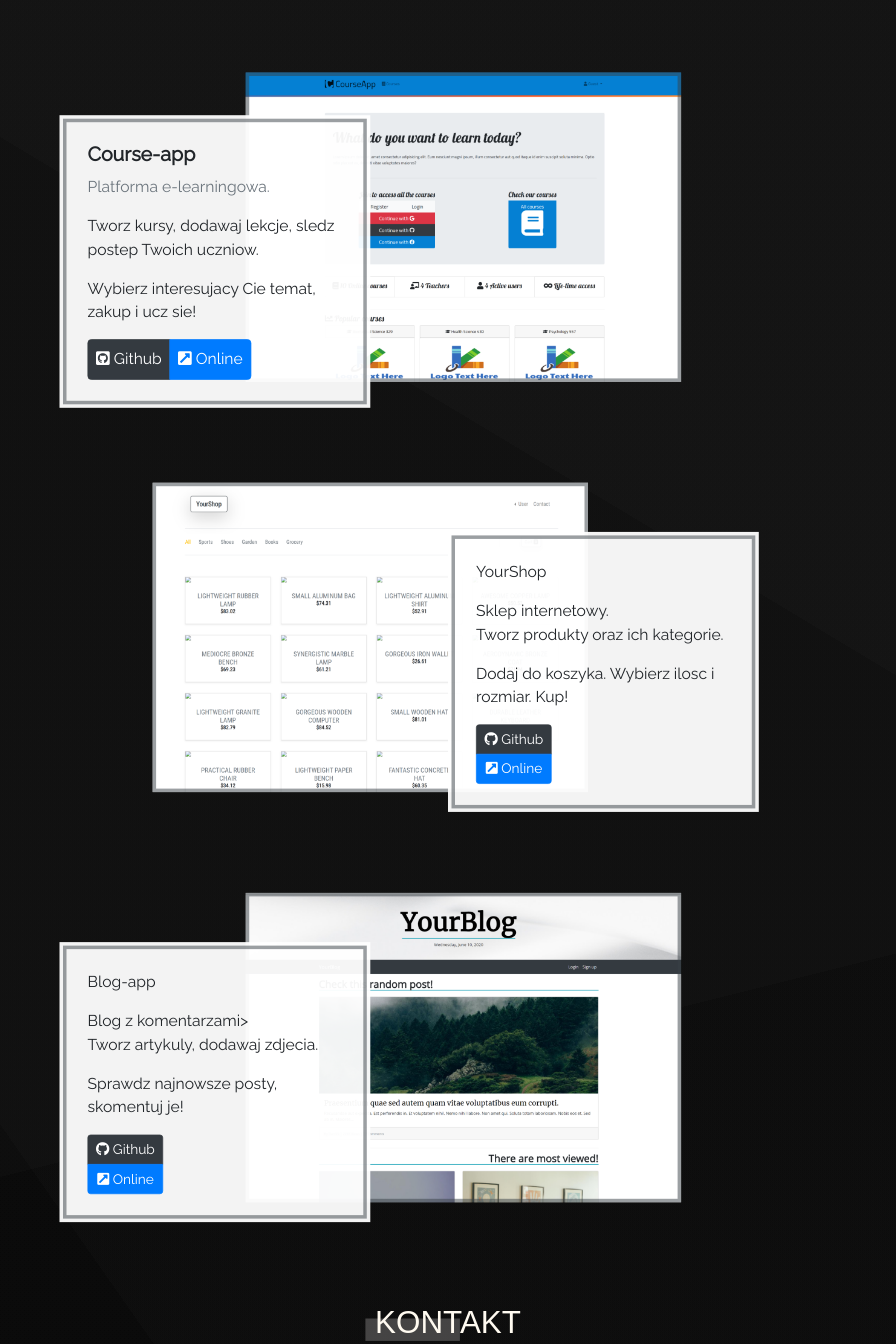
Repository: debicky/debicky.github.io
Page: index.html
These files come from the project's save history. The page is drawn as it stood at one moment and after the next save; the edit follows.
The browser window is 1280 px wide. The pictures show the part of the page from y = 2131 to 4051 px (the page is 4633 px tall), at 70% of full size.
Some web fonts or font styles are not loaded; a fallback is used. Some web libraries are served in a nearby version.

Above is the page before, as saved 2020-06-16 09:08:41.

After the next save:
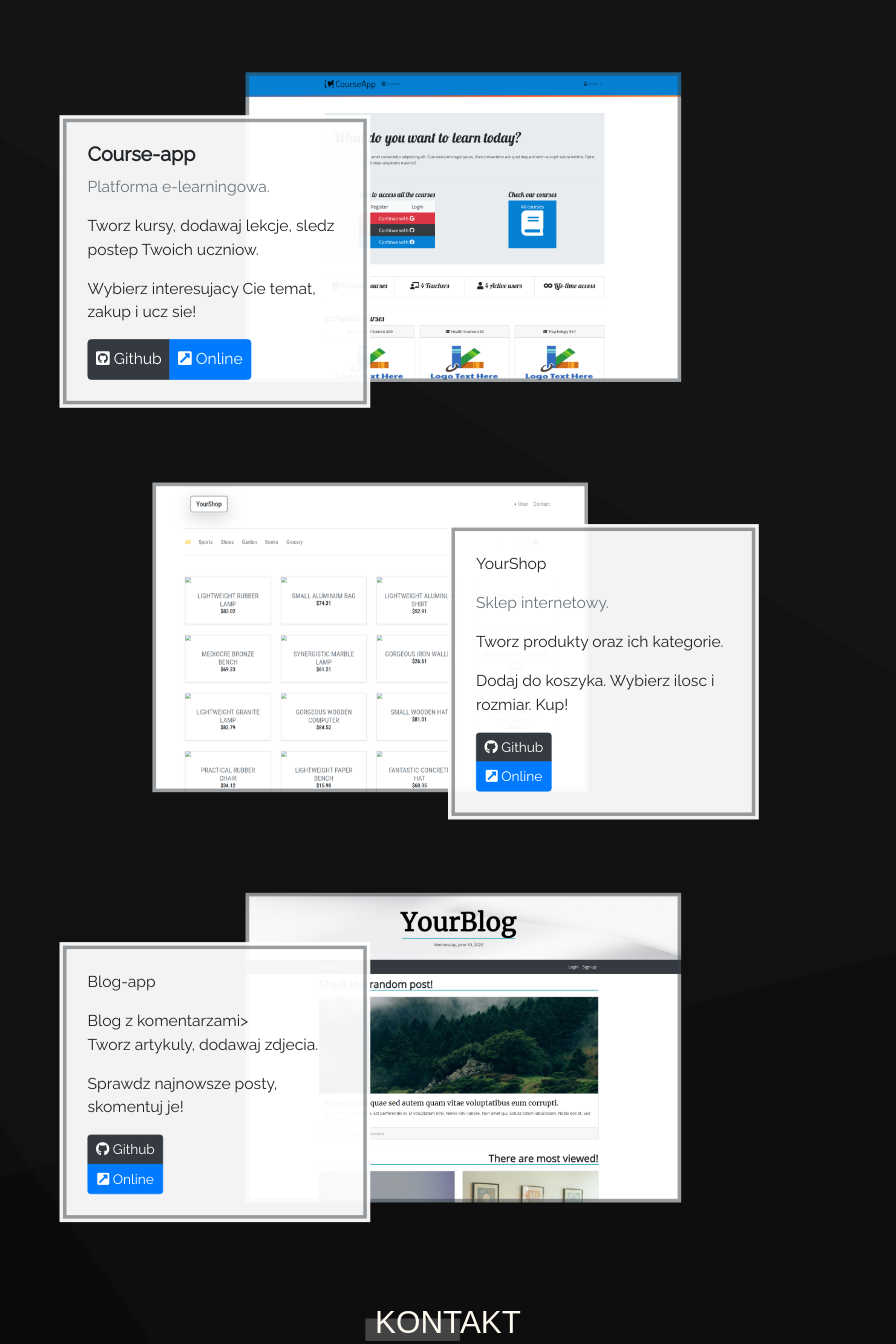
Saved 4 s later.
--- a/index.html
+++ b/index.html
@@ -118,7 +118,7 @@
         <div class="project-content" data-aos="fade-right" data-aos-duration="1000">
           <div class="project-description">
               <p>YourShop</p>
-              <p class="text-muted"></p> Sklep internetowy.
+              <p class="text-muted">Sklep internetowy.</p>
             <p>Tworz produkty oraz ich kategorie.</p>
             <p>Dodaj do koszyka. Wybierz ilosc i rozmiar. Kup!</p>
             <div class="btn-group-vertical">
